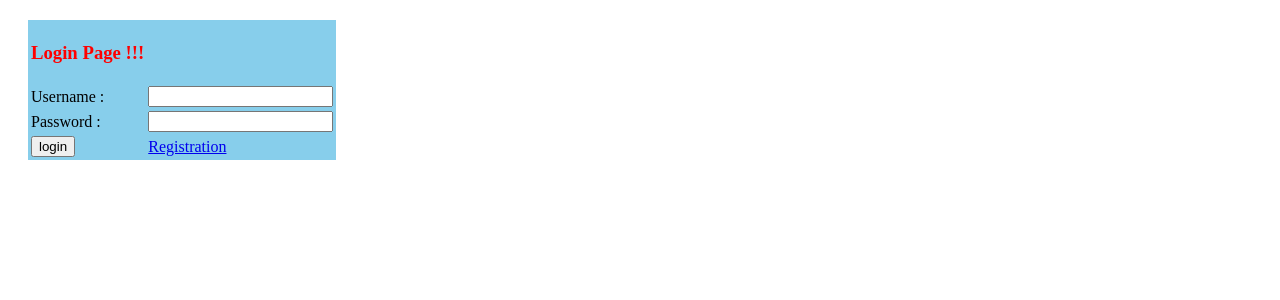
Repository: priyagund/jspServlet
Page: http://localhost/MyFirstLogin/login.jsp
An editor plug-in stored every save of this project. The page is shown before and after the next save, followed by the edit.
The browser window is 1280 px wide. The pictures show the whole page.
The page is served by Tomcat 9.

Above is the page before, as saved 2019-10-10 13:17:46.

After the next save:
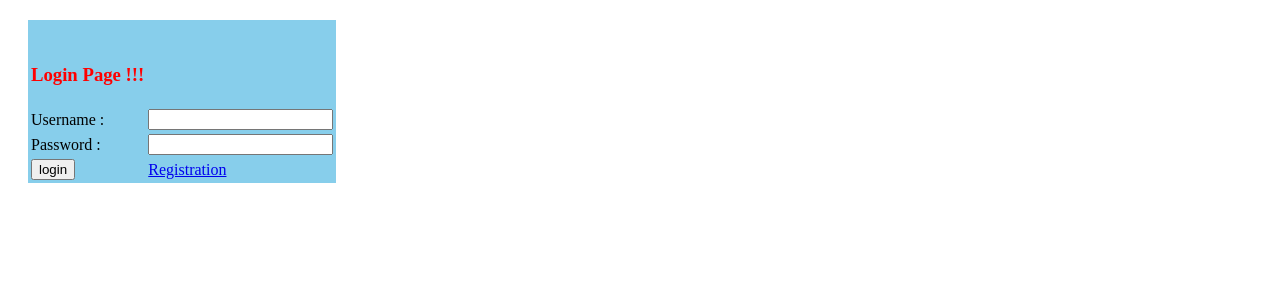
Saved 93 s later.
--- a/MyFirstLogin/WebContent/login.jsp
+++ b/MyFirstLogin/WebContent/login.jsp
@@ -9,9 +9,13 @@
 <body>
 	<form action="login" method="post">
 	<table  style = "background-color: skyblue; margin-left:20px; margin-top:20px;">
-
+	 <tr>
+	 <td><h3 style="color:red;">${message}</h3>
+	 <td><h3 style="color:green;">${successMessage}</h3>
+	 </td>
+	 </tr>
 		<tr>
-			<td><h3 style="color: red">Login Page !!!</h3></td>
+			<td><h3 style="color: red">Login Page !!!</h3>
 		</tr>
 
 		<tr>
